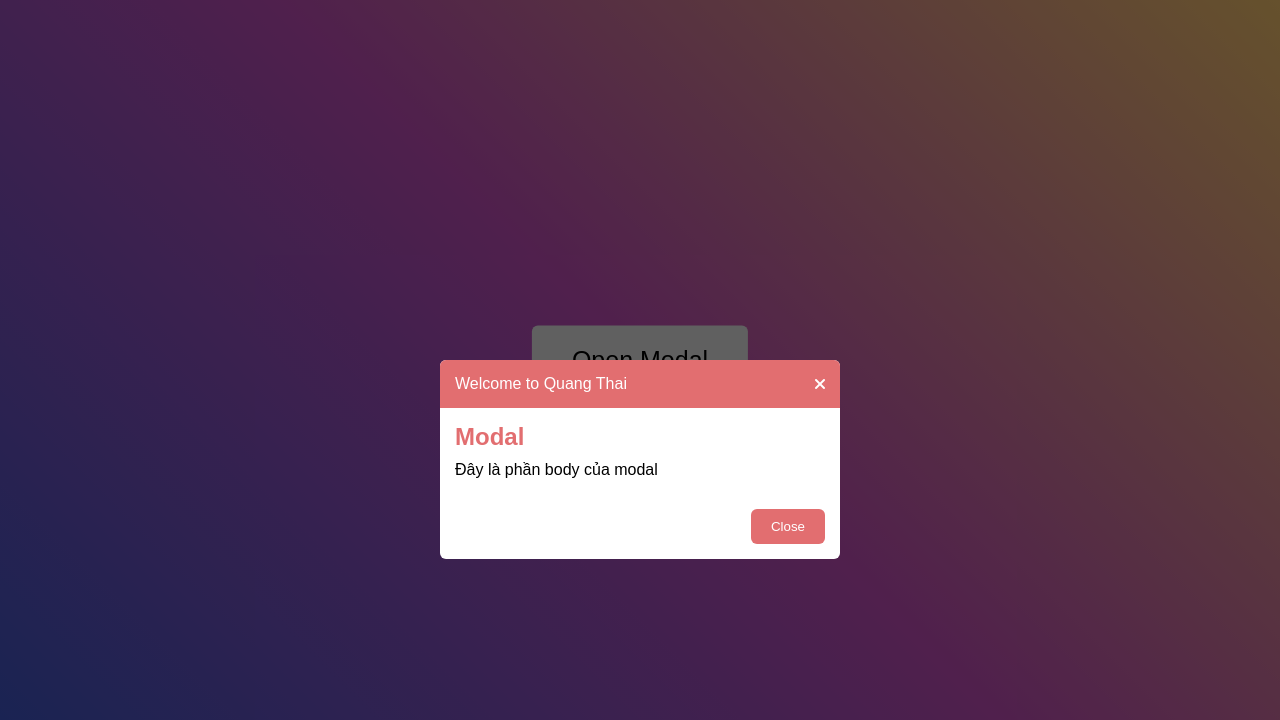
Repository: QUANGTHAI2003/modal
Page: index.html
An editor plug-in stored every save of this project. The page is shown before and after the next save, followed by the edit.
The browser window is 1280 px wide. The pictures show the whole page.

Above is the page before, as saved 2022-02-28 21:47:56.

### index.html
<!DOCTYPE html>
<html lang="en">

<head>
    <meta charset="UTF-8">
    <meta http-equiv="X-UA-Compatible" content="IE=edge">
    <meta name="viewport" content="width=device-width, initial-scale=1.0">
    <title>Modal show</title>
    <link rel="stylesheet" href="https://cdnjs.cloudflare.com/ajax/libs/font-awesome/6.0.0/css/all.min.css">
    <link rel="stylesheet" href="./style.css">
</head>

<body>
    <button class="open-modal-btn">Open Modal</button>
    <div class="modal">
        <div class="modal__inner">
            <div class="modal__header">
                <p>Welcome to Quang Thai</p>
                <i class="fas fa-times"></i>
            </div>
            <div class="modal__body">
                <h2>Modal</h2>
                <p>Đây là phần body của modal</p>
            </div>
            <div class="modal__footer">
                <button>Close</button>
            </div>
        </div>
    </div>
    <script src="./app.js"></script>
</body>

</html>

### style.css
:root {
    --pink-color: #e26e70;
}

* {
    margin: 0;
    padding: 0;
    box-sizing: border-box;
}

body {
    height: 100vh;
    overflow: hidden;
    font-family: sans-serif;
    background-image: linear-gradient(
        45deg,
        rgb(65, 88, 208) 0%,
        rgb(200, 80, 192) 50%,
        rgb(255, 204, 112) 100%
    );
}

.open-modal-btn {
    padding: 20px 40px;
    border: none;
    outline: none;
    border-radius: 6px;
    display: inline-block;
    position: relative;
    top: 50%;
    left: 50%;
    transform: translate(-50%, -50%);
    font-size: 25px;
}

.modal {
    position: fixed;
    top: 0;
    height: 100vh;
    width: 100vw;
    background: rgba(0, 0, 0, 0.6);
}

.modal__inner {
    width: 400px;
    position: relative;
    top: 50%;
    margin: 0 auto;
    background: white;
    border-radius: 6px;
    overflow: hidden;
}

.modal__header {
    display: flex;
    justify-content: space-between;
    align-items: center;
    padding: 15px;
    background: var(--pink-color);
    color: white;
}

.modal__body {
    padding: 15px;
}

.modal__body h2 {
    color: var(--pink-color);
    margin-bottom: 10px;
}

.modal__footer {
    padding: 15px;
    text-align: right;
}

.modal__footer button {
    padding: 10px 20px;
    border: none;
    outline: none;
    border-radius: 6px;
    background: var(--pink-color);
    color: white;
    cursor: pointer;
}

.hide {
    display: none;
}

Loaded but not shown: app.js (no stored copy; drawn as an empty file)

After the next save:
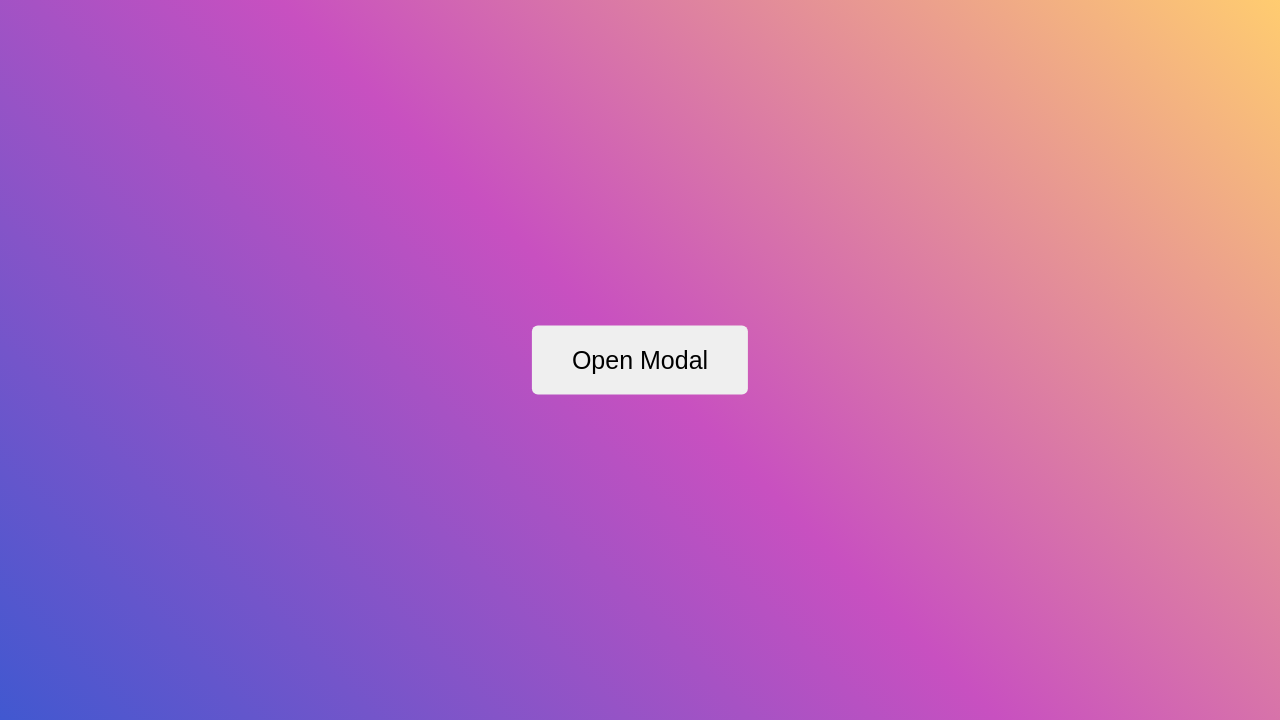
Saved 8 s later.
--- a/index.html
+++ b/index.html
@@ -12,7 +12,7 @@
 
 <body>
     <button class="open-modal-btn">Open Modal</button>
-    <div class="modal">
+    <div class="modal hide">
         <div class="modal__inner">
             <div class="modal__header">
                 <p>Welcome to Quang Thai</p>
